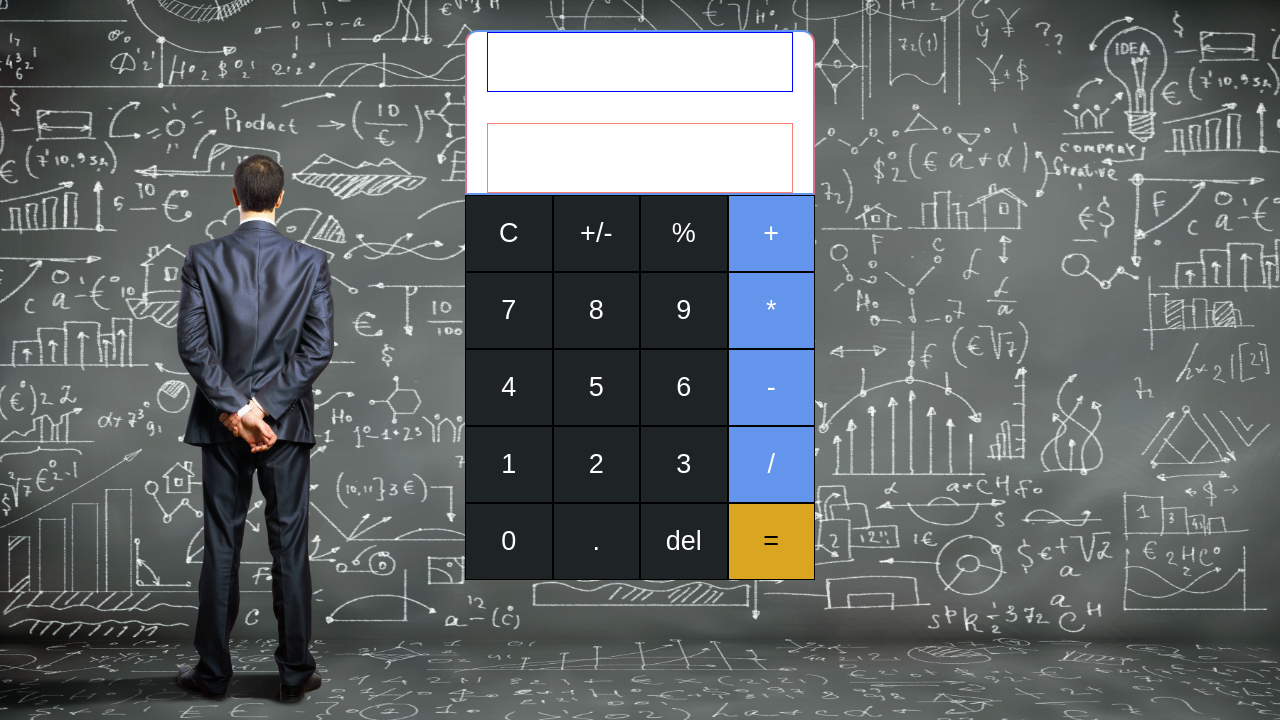
Repository: OfirLana/Calculator
Page: index.html
The author's editor kept a copy of each file at every save. The page is drawn from the files as they stood at one save, then again after the next save.
The browser window is 1280 px wide. The pictures show the whole page.

Above is the page before, as saved 2019-03-17 21:45:50.

### index.html
<!DOCTYPE html>
<html lang="en">

<head>
    <meta charset="UTF-8">
    <meta name="viewport" content="width=device-width, initial-scale=1.0">
    <meta http-equiv="X-UA-Compatible" content="ie=edge">
    <link href="https://fonts.googleapis.com/css?family=Lato:100,300,400,700,900" rel="stylesheet">
    <title>Document</title>
    <link rel="stylesheet" href="style.css">
</head>

<body>
    <div class="calculator">
        <div class="output_box">
            <div class="main_output" ></div>
            <div class="sub_output"></div>
        </div>


        <div class="opeartor_box">
            <button class="btn dlt">C</button>
            <button class="btn">+/-</button>
            <button class="btn ">%</button>
            <button class="btn op">+</button>
            <button class="btn">7</button>
            <button class="btn">8</button>
            <button class="btn">9</button>
            <button class="btn op">*</button>
            <button class="btn">4</button>
            <button class="btn">5</button>
            <button class="btn">6</button>
            <button class="btn op">-</button>
            <button class="btn">1</button>
            <button class="btn">2</button>
            <button class="btn">3</button>
            <button class="btn op">/</button>
            <button class="btn">0</button>
            <button class="btn">.</button>
            <button class="btn">del</button>
            <button class="btn sum">=</button>


        </div>








    </div>
    <script src="index.js"></script>
</body>

</html>

### style.css
* {
    margin: 0;
    padding: 0;
    box-sizing: border-box;
}

html {
    font-size: 62.5%;
}

body {
    font-family: "Lato", sans-serif;
    font-size: 1.6rem;
    color: #777;
    padding: 3rem;
    /* background: cadetblue; */
    background:url(img/math2.jpg);
    background-size: cover;
    /* background-blend-mode: saturation; */
    /* filter: blur(20px); */

}

.calculator {
    display: flex;
    flex-direction: column;
    margin: 0 auto;
    width: 35rem;
    height: 55rem;
    /* border: 1px solid red; */
    border-radius: 5px;
}

.output_box {
    display: flex;
    flex-direction: column;
    flex-basis: 30%;
    border: 2px solid cornflowerblue;
    border-radius: 13px 13px 0px 0px;
    border-right: 2px solid palevioletred;
    border-left: 2px solid palevioletred;
    width: 100%;
    justify-content: space-between;
    padding:0px 20px;
    background:white;
    color:black;
    font-size:19px;
}

.main_output {
    display: flex;
    border: 1px solid blue;
    height: 6rem;
    justify-content: center;
    align-items:center;
    /* background:blue; */
  /* border:1px solid tomato; */
    width:100%;
    /* background:blue; */
    text-align:end;
    overflow: hidden;
}






.sub_output {
    display: flex;
    border: 1px solid salmon;
    height: 7rem;
    /* background:red; */
    display:flex;
    justify-content: center;
    align-items: center;
    overflow: hidden;
    /* background:tomato; */
}

.opeartor_box{
    display:flex;
    /* flex-direction: column; */
    flex-wrap:wrap;
    width:100%;
    /* border:5px solid purple; */
    flex-basis:70%;
}

.btn{
    width:25%;
    height:20%;
    background:#1E2326;
    border: 1px solid black;
    color:white;
    font-size:27px;
    font-weight:100;
    cursor: pointer;
}

.btn:active{
    background:blue;
    border:1px solid black;
}
.btn:hover{
    opacity:0.8;
}
.op {
    background:cornflowerblue;
}

.sum{
    background:goldenrod;
    color:black;
}

Loaded but not shown: index.js (no copy from this time; the picture is the same without it)

After the next save:
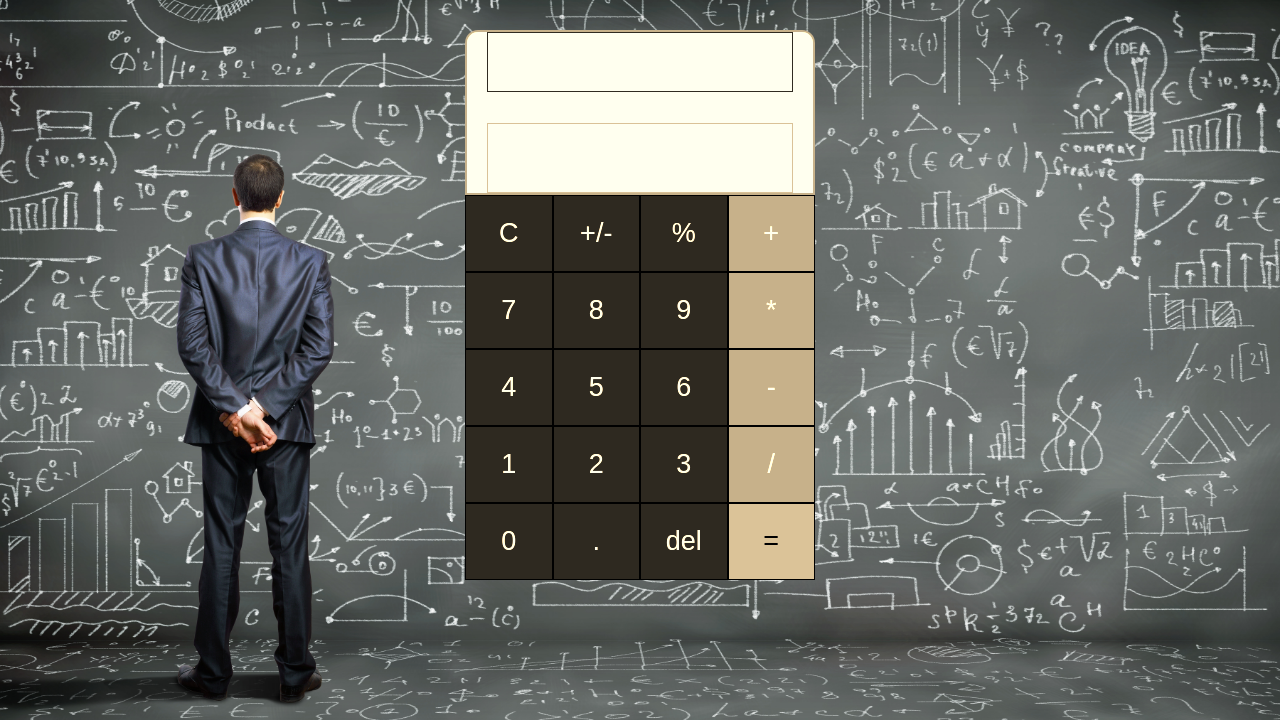
Saved 7 s later.
--- a/style.css
+++ b/style.css
@@ -18,7 +18,7 @@ body {
     background-size: cover;
     /* background-blend-mode: saturation; */
     /* filter: blur(20px); */
-
+    filter: sepia(1);
 }
 
 .calculator {

After the 2 saves that followed:
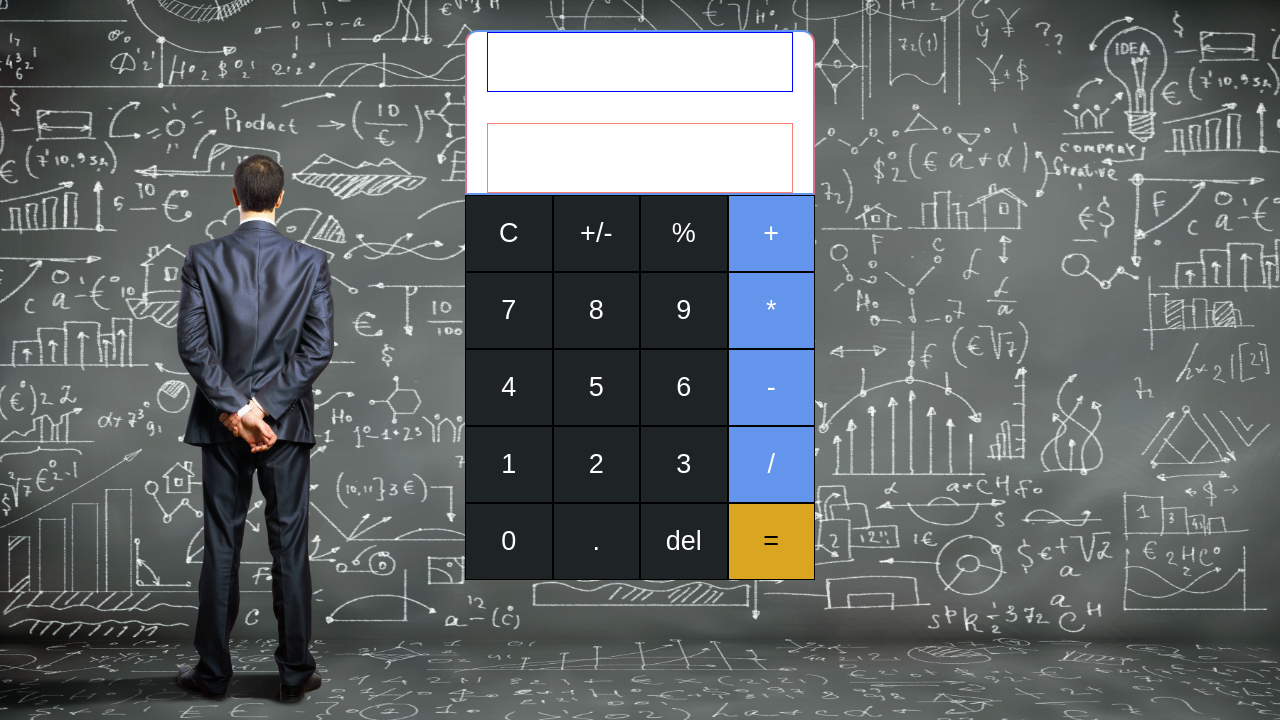
The 2 saves are shown as one change because they came seconds apart.
The last was saved 10 s later.
--- a/style.css
+++ b/style.css
@@ -16,9 +16,7 @@ body {
     /* background: cadetblue; */
     background:url(img/math2.jpg);
     background-size: cover;
-    /* background-blend-mode: saturation; */
-    /* filter: blur(20px); */
-    filter: sepia(1);
+
 }
 
 .calculator {
